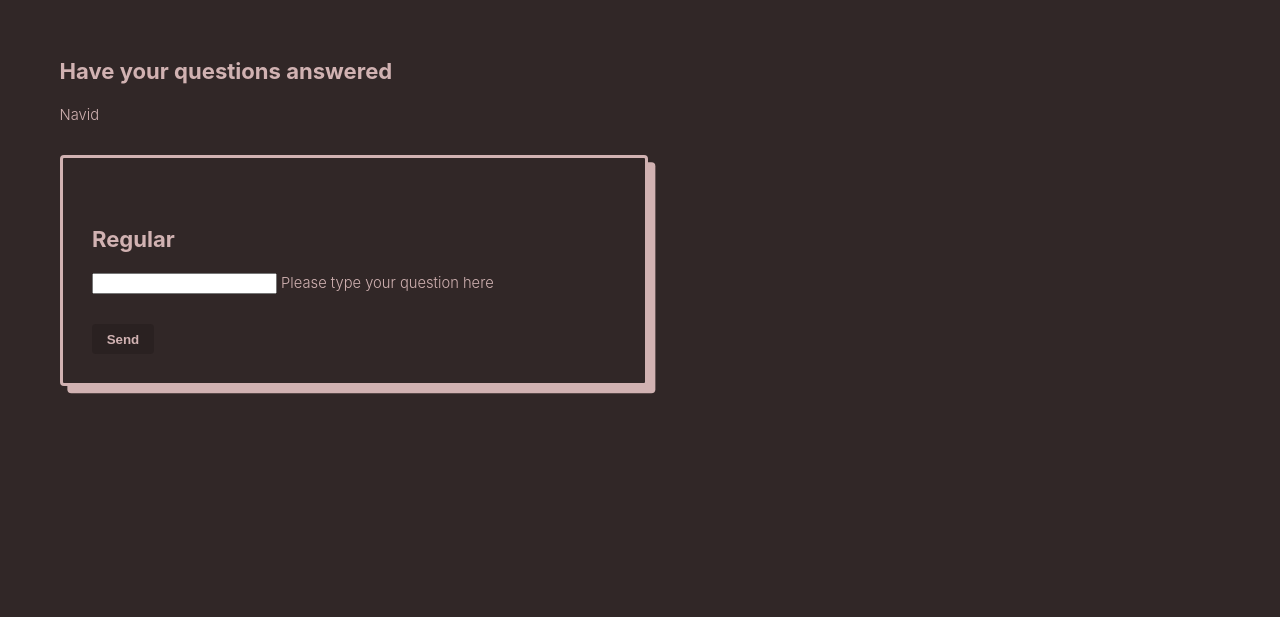
Repository: navid-amini12/capstone-1
Page: quiz.html
An editor plug-in stored every save of this project. The page is shown before and after the next save, followed by the edit.
The browser window is 1280 px wide. The pictures show the whole page.
Some web fonts or font styles are not loaded; a fallback is used.

Above is the page before, as saved 2022-05-17 13:11:34.

### quiz.html

<head>
    <link rel="stylesheet" href="quiz.css">
    </head>

<article class="l-design-widht">
    <h1>Have your questions answered</h1>

   <p>Navid</p>

    <div class="card">
      <h2><svg class="icon" aria-hidden="true">
        <h2>Regular</h2>
      <label class="input">
        <input class="input__field" type="text" placeholder=" " />
        <span class="input__label">Please type your question here</span>
      </label>
      <div class="button-group">
        <button>Send</button>

      </div>
    </div>



  <svg xmlns="http://www.w3.org/2000/svg" class="hidden">
    <symbol id="icon-coffee" viewBox="0 0 20 20">
      <title>icon-coffee</title>
      <path fill="currentColor" d="M15,17H14V9h3a3,3,0,0,1,3,3h0A5,5,0,0,1,15,17Zm1-6v3.83A3,3,0,0,0,18,12a1,1,0,0,0-1-1Z"/>
      <rect fill="currentColor" x="1" y="7" width="15" height="12" rx="3" ry="3"/>
      <path fill="var(--color-accent)" d="M7.07,5.42a5.45,5.45,0,0,1,0-4.85,1,1,0,0,1,1.79.89,3.44,3.44,0,0,0,0,3.06,1,1,0,0,1-1.79.89Z"/>
      <path fill="var(--color-accent)" d="M3.07,5.42a5.45,5.45,0,0,1,0-4.85,1,1,0,0,1,1.79.89,3.44,3.44,0,0,0,0,3.06,1,1,0,1,1-1.79.89Z"/>
      <path fill="var(--color-accent)" d="M11.07,5.42a5.45,5.45,0,0,1,0-4.85,1,1,0,0,1,1.79.89,3.44,3.44,0,0,0,0,3.06,1,1,0,1,1-1.79.89Z"/>
    </symbol>
  </svg>

### quiz.css
@import url('https://rsms.me/inter/inter.css');

:root {
  --color-light: rgb(49, 39, 39);
  --color-dark: #d1b2b2;
  --color-signal: #2a2121;

  --color-background: var(--color-light);
  --color-text: var(--color-dark);
  --color-accent: var(--color-signal);

  --size-bezel: .5rem;
  --size-radius: 4px;

  line-height: 1.4;

  font-family: 'Inter', sans-serif;
  font-size: calc(.6rem + .4vw);
  color: var(--color-text);
  background: var(--color-background);
  font-weight: 300;
  padding: 0 calc(var(--size-bezel) * 3);
}





.card {
  background: var(--color-background);
  padding: calc(4 * var(--size-bezel));
  margin-top: calc(4 * var(--size-bezel));
  border-radius: var(--size-radius);
  border: 3px solid var(--color-shadow, currentColor);
  box-shadow: .5rem .5rem 0 var(--color-shadow, currentColor);




}


.l-design-widht {
  max-width: 40rem;
  padding: 2rem;
}

.input {
  position: relative;
}
.button-group {
  margin-top: 30px
}
button {
  color: currentColor;
  padding: var(--size-bezel) calc(var(--size-bezel) * 2);
  background: var(--color-accent);
  border: none;
  border-radius: var(--size-radius);
  font-weight: 900;
}


.icon {
  display: inline-block;
  height: 0em;
  margin-right: .5em;
}

After the next save:
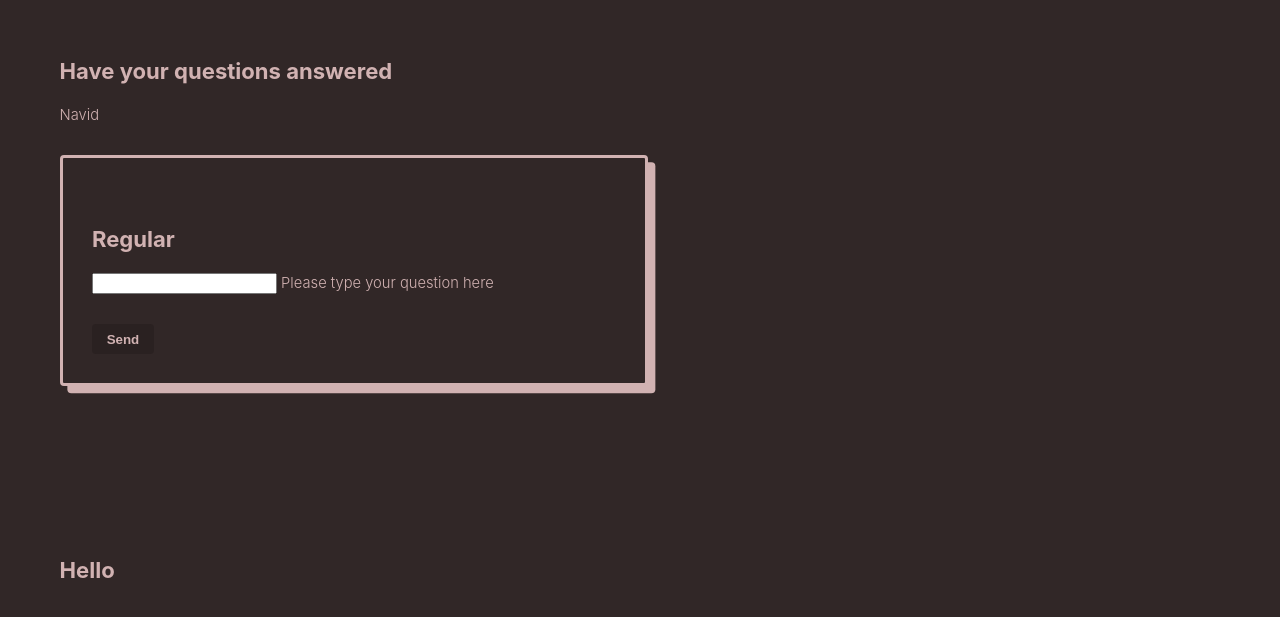
Saved 42 s later.
--- a/quiz.html
+++ b/quiz.html
@@ -33,3 +33,6 @@
       <path fill="var(--color-accent)" d="M11.07,5.42a5.45,5.45,0,0,1,0-4.85,1,1,0,0,1,1.79.89,3.44,3.44,0,0,0,0,3.06,1,1,0,1,1-1.79.89Z"/>
     </symbol>
   </svg>
+
+
+    <h1>Hello</h1>
